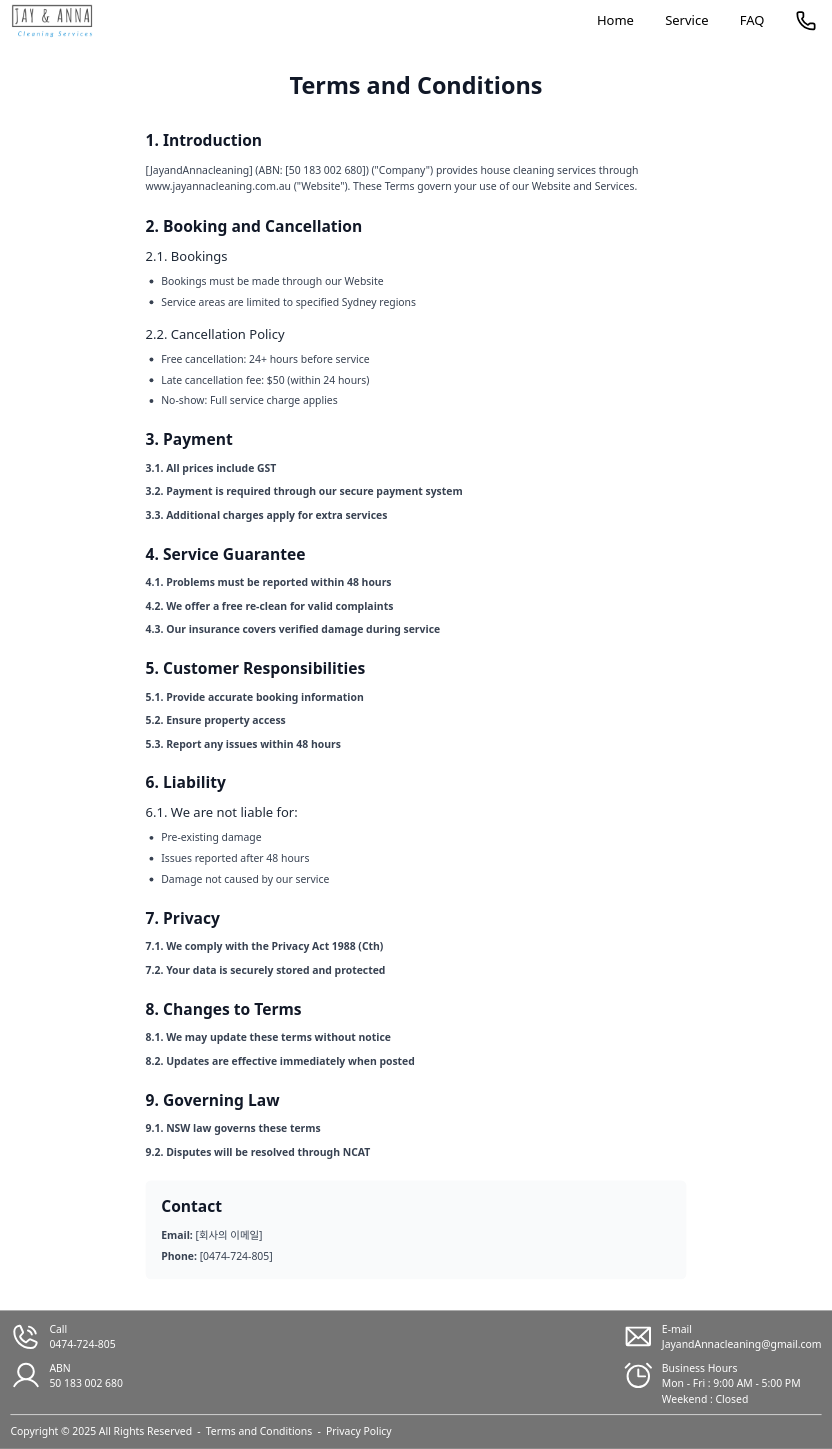
Repository: rong9835/cleaning-service
Page: /terms
The author's editor kept a copy of each file at every save. The page is drawn from the files as they stood at one save, then again after the next save.
The browser window is 1280 px wide. The pictures show the whole page, at 65% of full size.
The project was rebuilt for these pictures with package versions that can differ from the ones it lists, and the page was loaded fresh each time. The framework's server and built-in components were replaced by stand-ins that run in the browser. Also part of the build but not shown: next.config.ts.

Above is the page before, as saved 2025-08-10 21:16:42.

### src/app/layout.tsx
import type { Metadata } from 'next';
import { Inter, Abril_Fatface } from 'next/font/google';
import './globals.css';
import Header from '@/components/layout/header';
import Footer from '@/components/layout/Footer';

const inter = Inter({
  variable: '--font-inter',
  subsets: ['latin'],
  weight: ['400', '500', '600', '700'],
});

const abrilFatface = Abril_Fatface({
  variable: '--font-abril-fatface',
  weight: '400',
  subsets: ['latin'],
});

export const metadata: Metadata = {
  title: 'Create Next App',
  description: 'Generated by create next app',
};

export default function RootLayout({
  children,
}: Readonly<{
  children: React.ReactNode;
}>) {
  return (
    <html lang="en">
      <body
        className={`${inter.variable} ${abrilFatface.variable} antialiased flex flex-col min-h-screen`}
      >
        <Header />
        <main className="flex-1">{children}</main>
        <Footer />
      </body>
    </html>
  );
}

### src/app/terms/page.tsx
import type { Metadata } from 'next';

export const metadata: Metadata = {
  title: 'Terms and Conditions | Jay & Anna Cleaning Service',
  description:
    'Terms and conditions for Jay & Anna Cleaning Service. Read our policies for bookings, cancellations, payments, and service guarantees.',
};

export default function TermsAndConditions() {
  return (
    <div className="w-full max-w-4xl mx-auto px-4 sm:px-6 lg:px-8 py-12">
      <h1 className="text-4xl font-bold text-center mb-12 text-gray-900">
        Terms and Conditions
      </h1>

      <div className="space-y-8 text-gray-700">
        {/* 1. Introduction */}
        <section>
          <h2 className="text-2xl font-semibold mb-4 text-gray-900">
            1. Introduction
          </h2>
          <p className="leading-relaxed">
            [JayandAnnacleaning] (ABN: [50 183 002 680]) (&quot;Company&quot;)
            provides house cleaning services through www.jayannacleaning.com.au
            (&quot;Website&quot;). These Terms govern your use of our Website
            and Services.
          </p>
        </section>

        {/* 2. Booking and Cancellation */}
        <section>
          <h2 className="text-2xl font-semibold mb-4 text-gray-900">
            2. Booking and Cancellation
          </h2>

          <div className="mb-6">
            <h3 className="text-xl font-medium mb-3 text-gray-800">
              2.1. Bookings
            </h3>
            <ul className="list-disc pl-6 space-y-2">
              <li>Bookings must be made through our Website</li>
              <li>Service areas are limited to specified Sydney regions</li>
            </ul>
          </div>

          <div>
            <h3 className="text-xl font-medium mb-3 text-gray-800">
              2.2. Cancellation Policy
            </h3>
            <ul className="list-disc pl-6 space-y-2">
              <li>Free cancellation: 24+ hours before service</li>
              <li>Late cancellation fee: $50 (within 24 hours)</li>
              <li>No-show: Full service charge applies</li>
            </ul>
          </div>
        </section>

        {/* 3. Payment */}
        <section>
          <h2 className="text-2xl font-semibold mb-4 text-gray-900">
            3. Payment
          </h2>
          <ul className="space-y-3">
            <li>
              <strong>3.1. All prices include GST</strong>
            </li>
            <li>
              <strong>
                3.2. Payment is required through our secure payment system
              </strong>
            </li>
            <li>
              <strong>3.3. Additional charges apply for extra services</strong>
            </li>
          </ul>
        </section>

        {/* 4. Service Guarantee */}
        <section>
          <h2 className="text-2xl font-semibold mb-4 text-gray-900">
            4. Service Guarantee
          </h2>
          <ul className="space-y-3">
            <li>
              <strong>4.1. Problems must be reported within 48 hours</strong>
            </li>
            <li>
              <strong>
                4.2. We offer a free re-clean for valid complaints
              </strong>
            </li>
            <li>
              <strong>
                4.3. Our insurance covers verified damage during service
              </strong>
            </li>
          </ul>
        </section>

        {/* 5. Customer Responsibilities */}
        <section>
          <h2 className="text-2xl font-semibold mb-4 text-gray-900">
            5. Customer Responsibilities
          </h2>
          <ul className="space-y-3">
            <li>
              <strong>5.1. Provide accurate booking information</strong>
            </li>
            <li>
              <strong>5.2. Ensure property access</strong>
            </li>
            <li>
              <strong>5.3. Report any issues within 48 hours</strong>
            </li>
          </ul>
        </section>

        {/* 6. Liability */}
        <section>
          <h2 className="text-2xl font-semibold mb-4 text-gray-900">
            6. Liability
          </h2>
          <div>
            <h3 className="text-xl font-medium mb-3 text-gray-800">
              6.1. We are not liable for:
            </h3>
            <ul className="list-disc pl-6 space-y-2">
              <li>Pre-existing damage</li>
              <li>Issues reported after 48 hours</li>
              <li>Damage not caused by our service</li>
            </ul>
          </div>
        </section>

        {/* 7. Privacy */}
        <section>
          <h2 className="text-2xl font-semibold mb-4 text-gray-900">
            7. Privacy
          </h2>
          <ul className="space-y-3">
            <li>
              <strong>7.1. We comply with the Privacy Act 1988 (Cth)</strong>
            </li>
            <li>
              <strong>7.2. Your data is securely stored and protected</strong>
            </li>
          </ul>
        </section>

        {/* 8. Changes to Terms */}
        <section>
          <h2 className="text-2xl font-semibold mb-4 text-gray-900">
            8. Changes to Terms
          </h2>
          <ul className="space-y-3">
            <li>
              <strong>8.1. We may update these terms without notice</strong>
            </li>
            <li>
              <strong>
                8.2. Updates are effective immediately when posted
              </strong>
            </li>
          </ul>
        </section>

        {/* 9. Governing Law */}
        <section>
          <h2 className="text-2xl font-semibold mb-4 text-gray-900">
            9. Governing Law
          </h2>
          <ul className="space-y-3">
            <li>
              <strong>9.1. NSW law governs these terms</strong>
            </li>
            <li>
              <strong>9.2. Disputes will be resolved through NCAT</strong>
            </li>
          </ul>
        </section>

        {/* Contact */}
        <section className="bg-gray-50 p-6 rounded-lg">
          <h2 className="text-2xl font-semibold mb-4 text-gray-900">Contact</h2>
          <div className="space-y-2">
            <p>
              <strong>Email:</strong> [회사의 이메일]
            </p>
            <p>
              <strong>Phone:</strong> [0474-724-805]
            </p>
          </div>
        </section>
      </div>
    </div>
  );
}

### src/components/layout/header.tsx
'use client';
import Link from 'next/link';
import { Phone } from 'lucide-react';
import Image from 'next/image';

export default function Header() {
  return (
    <header className="bg-white">
      <div className="container mx-auto px-0 max-w-sm sm:max-w-2xl lg:max-w-5xl xl:max-w-7xl">
        <div className="flex items-center justify-between">
          {/* 로고 */}
          <div className="px-4">
            <Link href="/" className="block">
              <div className="w-56 h-14">
                <Image
                  src="/logo/Logo.png"
                  alt="Logo"
                  width={224}
                  height={56}
                  className="w-32 h-full object-contain"
                />
              </div>
            </Link>
            <p className="text-4xl md:text-7xl text-black "></p>
          </div>
          {/* 데스크탑에서 보여지는 네비게이션 */}
          <div className="hidden md:block">
            <nav className="flex items-center">
              <Link
                href="/"
                className="text-xl px-6 py-4 hover:text-brand-dark"
              >
                Home
              </Link>
              <Link
                href="#Service"
                className="text-xl px-6 py-4  hover:text-brand-dark"
              >
                Service
              </Link>
              <Link
                href="#FAQ"
                className="text-xl px-6 py-4  hover:text-brand-dark"
              >
                FAQ
              </Link>

              <Link href="tel:0474724805" className="px-6 py-4">
                <Phone className="w-8 h-8" />
              </Link>
            </nav>
          </div>
          {/* 모바일에서 보여지는 네비게이션 */}
          <div className="flex md:hidden">
            <button>
              <Link href="tel:0474724805" className="px-6 py-4">
                <Phone className="w-8 h-8" />
              </Link>
            </button>
          </div>
        </div>
      </div>
    </header>
  );
}

### src/components/layout/Footer.tsx
'use client';
import { PhoneCall, Envelope, User, Alarm } from '@phosphor-icons/react';
import Link from 'next/link';

export default function Footer() {
  return (
    <footer className="bg-[#747474] text-white">
      <div className="container mx-auto p-4 w-full max-w-sm sm:max-w-2xl lg:max-w-5xl xl:max-w-7xl ">
        <div className="flex flex-col sm:flex-row sm:justify-between gap-3">
          {/* 왼쪽 */}
          <div className="space-y-3">
            {/* 전화번호*/}
            <div className="flex items-start gap-3">
              <PhoneCall size={48} className="flex-shrink-0" />
              <div>
                <p>Call</p>
                <Link href="tel:0474724805" className="hover:underline">
                  0474-724-805
                </Link>
              </div>
            </div>
            {/* 사업자등록번호 */}
            <div className="flex items-start gap-3">
              <User size={48} className="flex-shrink-0" />
              <div>
                <p>ABN</p>
                <p>50 183 002 680</p>
              </div>
            </div>
          </div>
          {/* 오른쪽 */}
          <div className="space-y-3">
            {/* 이메일 */}
            <div className="flex items-start gap-3">
              <Envelope size={48} className="flex-shrink-0" />
              <div>
                <p>E-mail</p>
                <Link
                  href="mailto:jayandannacleaning@gmail.com"
                  className="hover:underline"
                >
                  JayandAnnacleaning@gmail.com
                </Link>
              </div>
            </div>

            {/* 영업시간 */}
            <div className="flex items-start gap-3">
              <Alarm size={48} className="flex-shrink-0" />
              <div>
                <p>Business Hours</p>
                <p className="whitespace-nowrap">
                  Mon - Fri : 9:00 AM - 5:00 PM
                </p>
                <p>Weekend : Closed</p>
              </div>
            </div>
          </div>
        </div>
        {/* 저작권,이용약관,개인정보 링크처리 */}
        <div className="pt-3 mt-3 border-t border-white flex flex-wrap gap-2">
          <span>Copyright © 2025 All Rights Reserved</span>
          <span className="hidden sm:inline">-</span>
          <Link href="/terms" className="hover:underline">
            Terms and Conditions
          </Link>
          <span className="hidden sm:inline">-</span>
          <Link href="/privacy" className="hover:underline">
            Privacy Policy
          </Link>
        </div>
      </div>
    </footer>
  );
}

### tailwind.config.js
/** @type {import('tailwindcss').Config} */
module.exports = {
  content: [
    './app/**/*.{js,ts,jsx,tsx,mdx}',
    './pages/**/*.{js,ts,jsx,tsx,mdx}',
    './components/**/*.{js,ts,jsx,tsx,mdx}',
    './src/**/*.{js,ts,jsx,tsx,mdx}',
  ],
  theme: {
    extend: {
      colors: {
        brand: {
          DEFAULT: '#1E90FF', // 메인 색상
          dark: '#0066CC', // 호버 상태
          light: '#E6F2FF', // 배경용 연한 색상
        },
        gray: {
          DEFAULT: '#EFEFEF', // 연한 회색
        },
      },
    },
  },
  plugins: [],
};

Loaded but not shown: src/app/globals.css (common file)

After the next save:
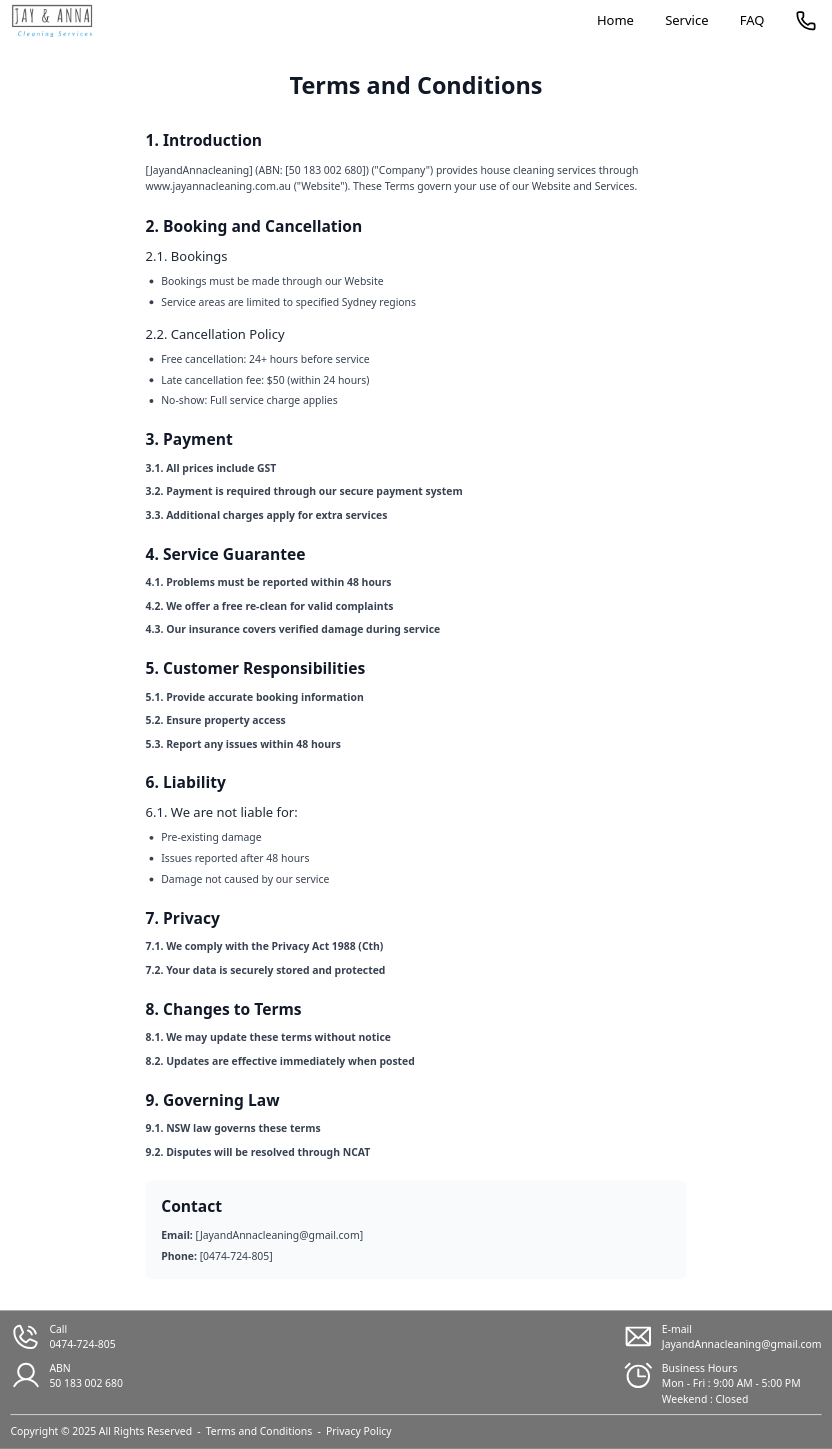
Saved 7 s later.
--- a/src/app/terms/page.tsx
+++ b/src/app/terms/page.tsx
@@ -184,7 +184,7 @@
           <h2 className="text-2xl font-semibold mb-4 text-gray-900">Contact</h2>
           <div className="space-y-2">
             <p>
-              <strong>Email:</strong> [회사의 이메일]
+              <strong>Email:</strong> [JayandAnnacleaning@gmail.com]
             </p>
             <p>
               <strong>Phone:</strong> [0474-724-805]
